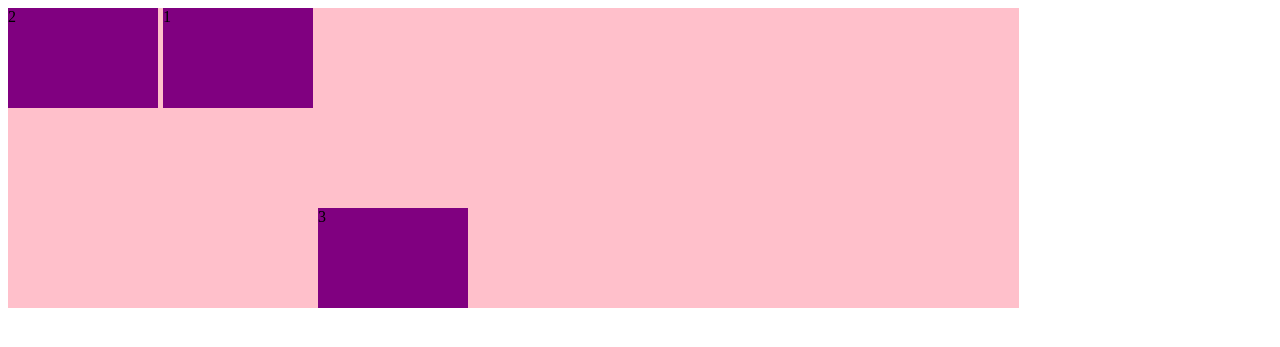
Repository: liutian97/learn1
Page: 移动端web开发/代码/2. Flex 伸缩布局/10-align-self和order.html
An editor plug-in stored every save of this project. The page is shown before and after a run of saves, followed by the edit.
The browser window is 1280 px wide. The pictures show the whole page.

Above is the page before, as saved 2022-07-02 18:00:03.

After the next 3 saves:
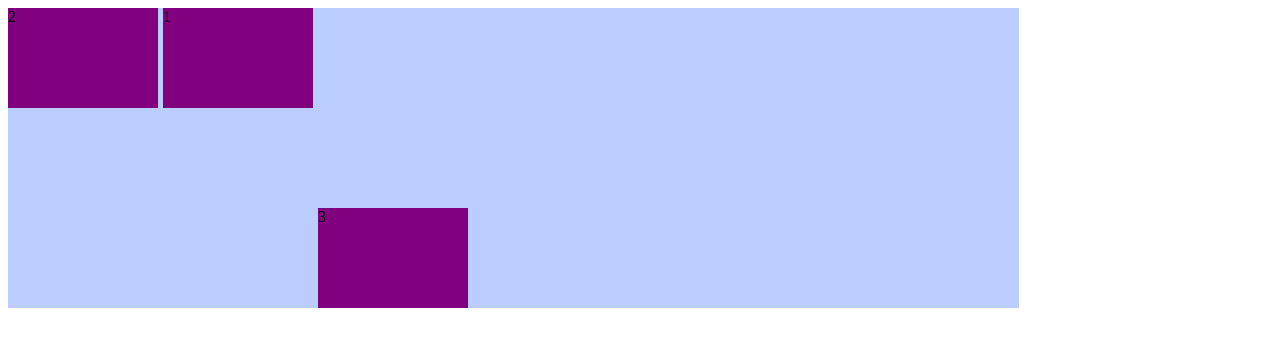
The 3 saves are shown as one change because they came seconds apart.
The last was saved 72 s later.
--- a/移动端web开发/代码/2. Flex 伸缩布局/10-align-self和order.html
+++ b/移动端web开发/代码/2. Flex 伸缩布局/10-align-self和order.html
@@ -11,7 +11,7 @@
       display: flex;
       width: 80%;
       height: 300px;
-      background-color: pink;
+      background-color: #bcf;
       /* 让三个子盒子沿着侧轴底侧对齐 */
       /* align-items: flex-end; */
       /* 我们想只让3号盒子下来底侧 */
